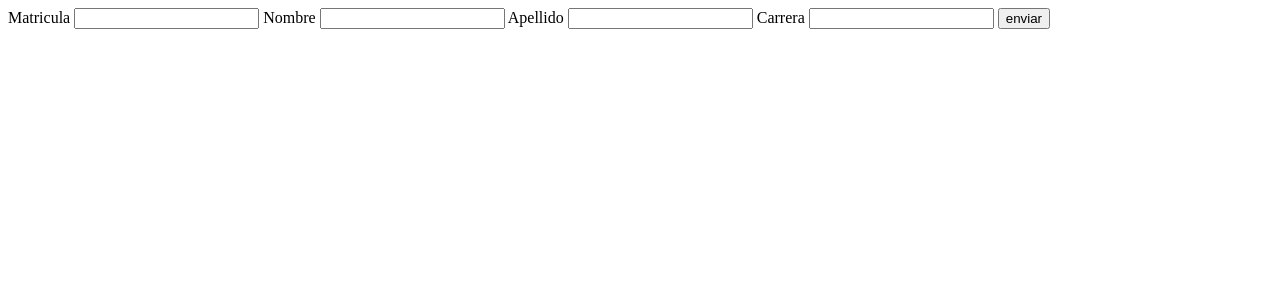
Repository: XxBrayan7xX/DE-LEON-RO-APIREST
Page: Parcial2/ServerExperss/html.html
The author's editor kept a copy of each file at every save. The page is drawn from the files as they stood at one save, then again after the next save.
The browser window is 1280 px wide. The pictures show the whole page.

Above is the page before, as saved 2023-09-29 13:26:17.

After the next save:
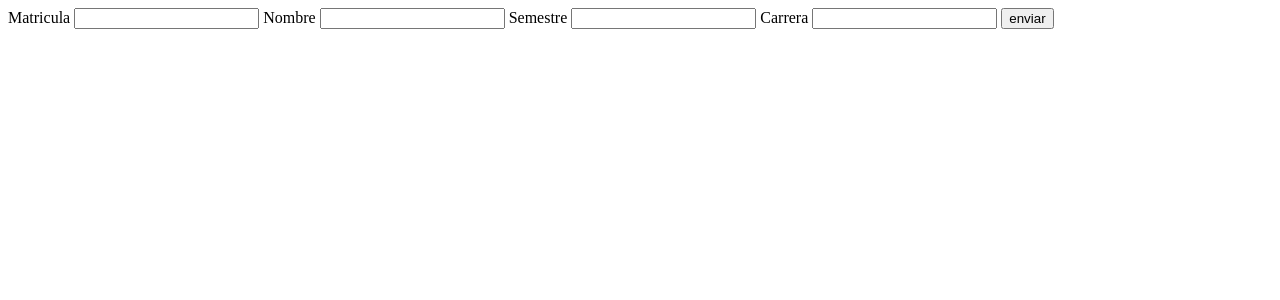
Saved 2 min 45 s later.
--- a/Parcial2/ServerExperss/html.html
+++ b/Parcial2/ServerExperss/html.html
@@ -11,10 +11,10 @@
         <input id="matricula" type="number" name="matricula">
         <label for="nombre">Nombre</label>
         <input id="nombre" type="text" name="nombre">
-        <label for="semestre">Apellido</label>
+        <label for="semestre">Semestre</label>
         <input id="semestre" type="number" name="semestre">
         <label for = "carrera">Carrera</label>
-        <input id = "carrera" type = "number" name="carrera">
+        <input id = "carrera" type = "text" name="carrera">
         <input type="submit" value="enviar">
     </form>
 </body>
